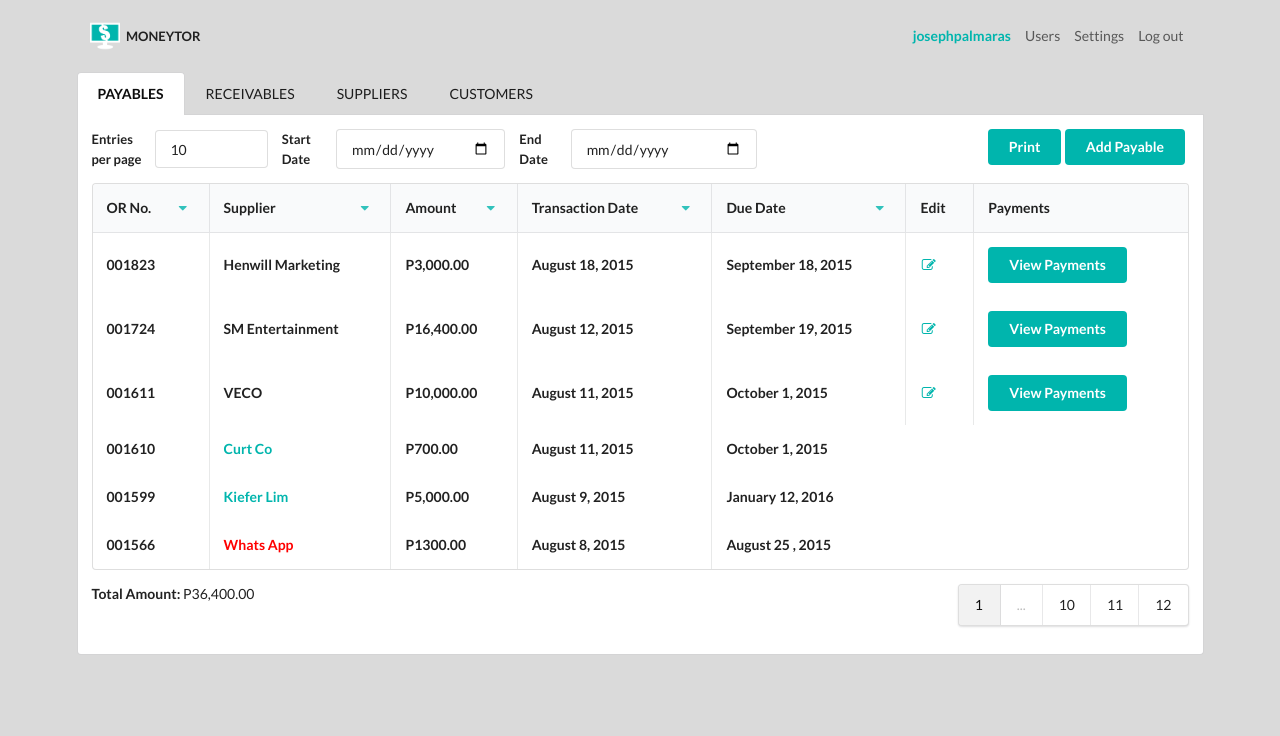
Repository: TV5/MoneyTor
Page: Workspace/MoneyTor/war/main.html
These files come from the project's save history. The page is drawn as it stood at one moment and after the next save; the edit follows.
The browser window is 1280 px wide. The pictures show the whole page.

Above is the page before, as saved 2015-10-01 11:09:42.

After the next save:
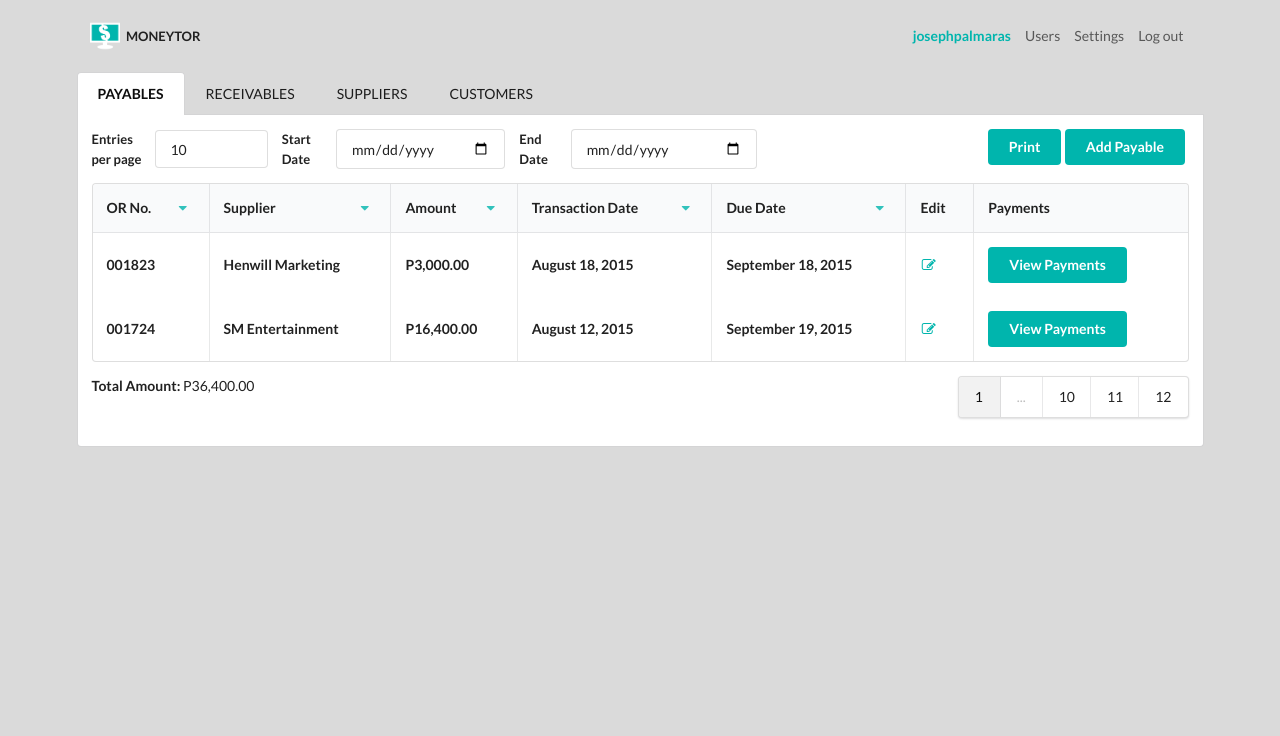
Saved 10 s later.
--- a/Workspace/MoneyTor/war/main.html
+++ b/Workspace/MoneyTor/war/main.html
@@ -163,36 +163,7 @@
 	    <th> <a href="#" onClick="editData()"><i class="edit icon"></i></a></th>
 	    <th> <button class="ui button teal">View Payments</button></th>
 	  	</tr>
-	  	<tr>
-	    <th>001611</th>
-	    <th>VECO</th>
-	    <th>P10,000.00</th>
-	    <th>August 11, 2015</th>
-	    <th>October 1, 2015</th>
-	    <th> <a href="#" onClick="editData()"><i class="edit icon"></i></a></th>
-	    <th> <button class="ui button teal">View Payments</button></th>
-	  	</tr>
-	  	<tr>
-	    <th>001610</th>
-	    <th><a href="#">Curt Co</a>   <a href="#" id="eicon" onClick="editData()"><i class="edit icon"></i></a></th>
-	    <th>P700.00</th>
-	    <th>August 11, 2015</th>
-	    <th>October 1, 2015</th>
-	  	</tr>
-	  	<tr>
-	    <th>001599</th>
-	    <th><a href="#">Kiefer Lim</a>   <a href="#" id="eicon" onClick="editData()"><i class="edit icon"></i></a></th>
-	    <th>P5,000.00</th>
-	    <th>August 9, 2015</th>
-	    <th>January 12, 2016</th>
-	  	</tr>
-	  	<tr>
-	    <th>001566</th>
-	    <th><a href="#" style="color:red">Whats App</a>   <a href="#" id="eicon" style="color:red" onClick="editData()"><i class="edit icon"></i></a></th>
-	    <th>P1300.00</th>
-	    <th>August 8, 2015</th>
-	    <th>August 25 , 2015</th>
-	  	</tr>
+
 	  </tbody>
 	  </table>
 	<div class="ui pagination menu right" style="float:right">
